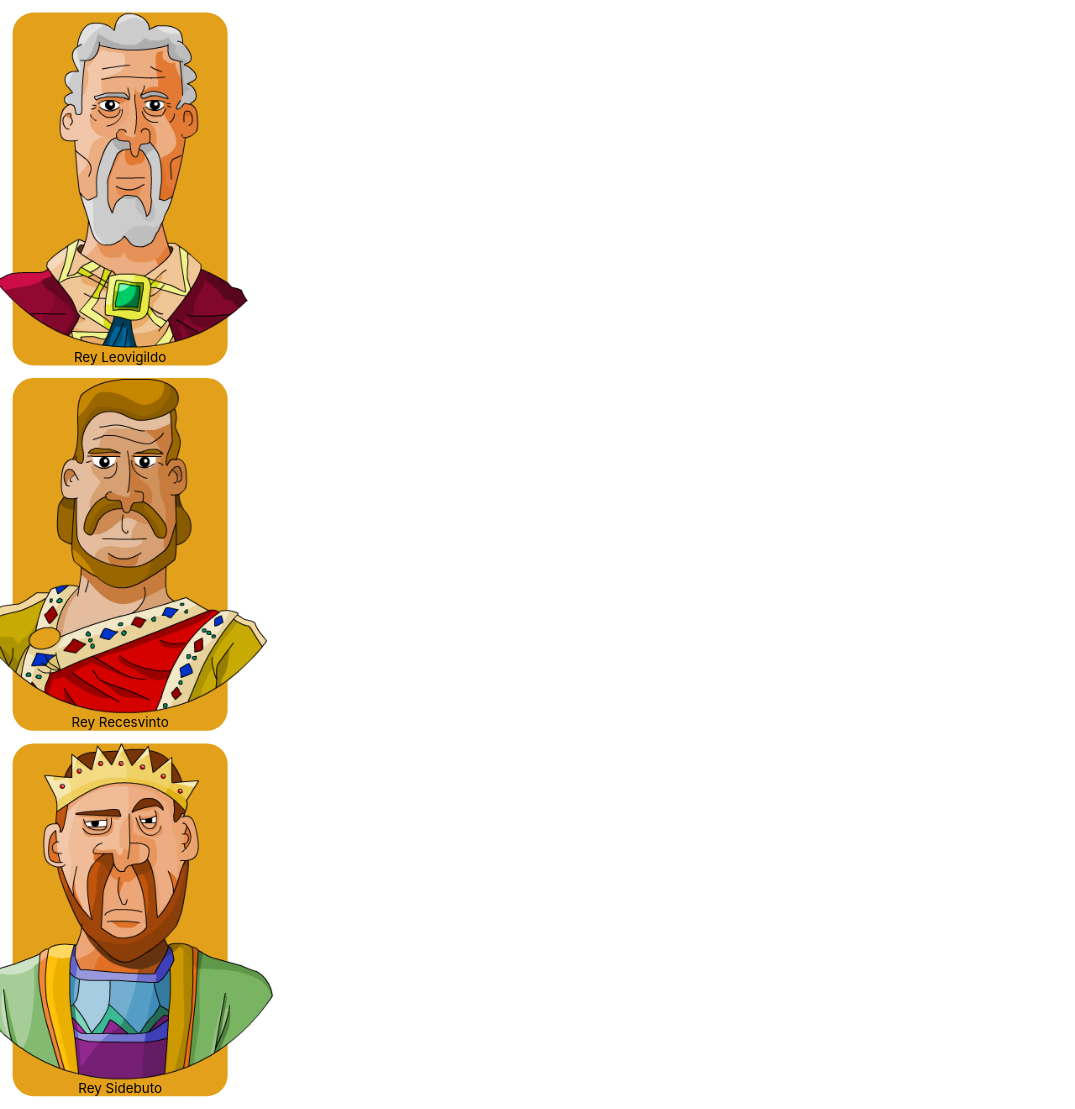
Repository: abgdev1997/ejercicios-react
Page: /
The author's editor kept a copy of each file at every save. The page is drawn from the files as they stood at one save, then again after the next save.
The browser window is 1280 px wide. The pictures show the whole page, at 84% of full size.
The project was rebuilt for these pictures with package versions that can differ from the ones it lists, and the page was loaded fresh each time.

Above is the page before, as saved 2022-02-22 09:46:18.

### src/App.js
import './App.css';
import leovigildo from './rey_leogivildo.png';
import recesvinto from './rey_recesvinto.png';
import sisebuto from './rey_sisebuto.png';

function App() {
  return (
    <div className="App">
      <div className='img'>
        <img alt='Rey Leovigildo' src={leovigildo} />
        <span>Rey Leovigildo</span>
      </div>
      <div className='img'>
        <img alt='Rey Recesvinto' src={recesvinto} />
        <span>Rey Recesvinto</span>
      </div>
      <div className='img'>
        <img alt='Rey Sisebuto' src={sisebuto} />
        <span>Rey Sidebuto</span>
      </div>
    </div>
  );
}

export default App;

### src/App.css
.App{

}

.img{
  background-color:#E3A11B;
  border-radius: 25px;
  display:flex;
  flex-direction: column;
  align-items:center;
  width: 20%;
  margin: 15px;
}

Loaded but not shown: public/index.html (common file); src/index.js (common file); src/index.css (common file)

After the next save:
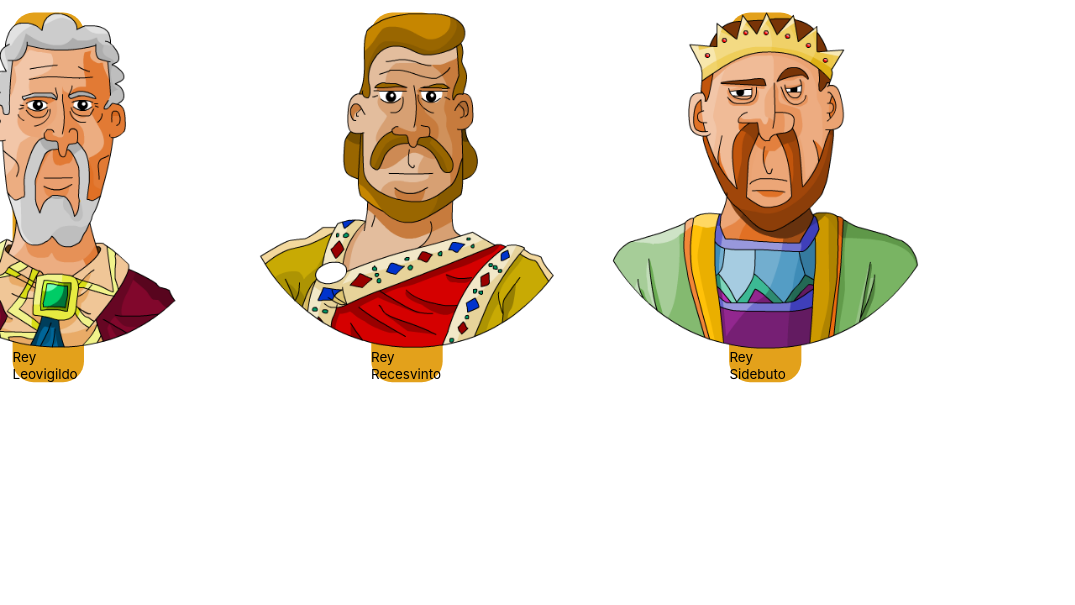
Saved 116 s later.
--- a/src/App.css
+++ b/src/App.css
@@ -1,5 +1,6 @@
 .App{
-
+  display: grid;
+  grid-template-columns: repeat(3, 1fr);
 }
 
 .img{
